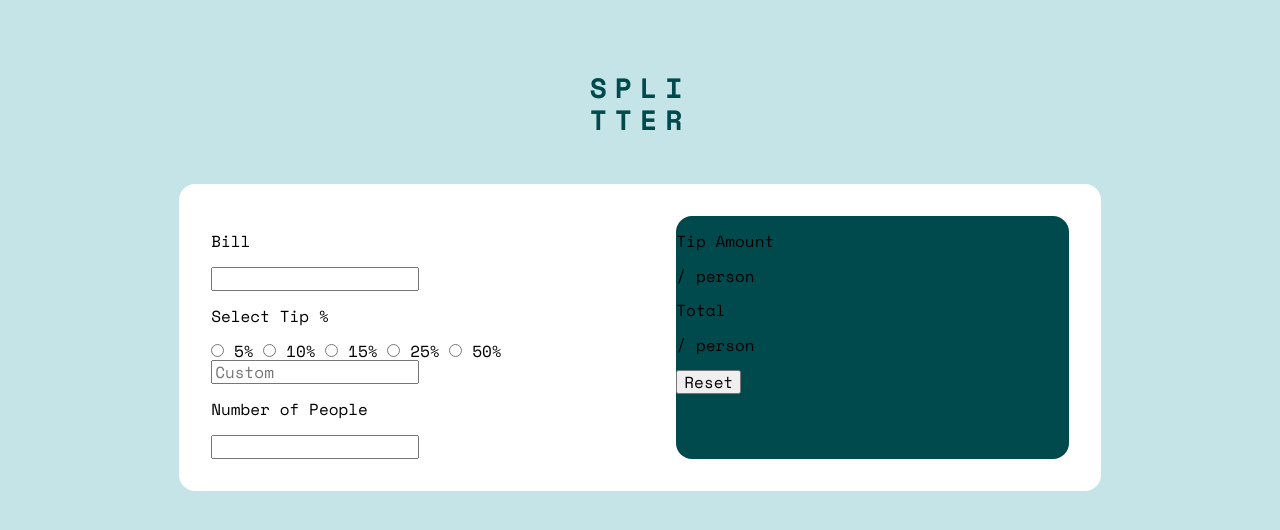
Repository: Jay-JYKim91/FM_tip-calculator
Page: index.html
An editor plug-in stored every save of this project. The page is shown before and after the next save, followed by the edit.
The browser window is 1280 px wide. The pictures show the whole page.

Above is the page before, as saved 2021-12-21 13:01:24.

After the next save:
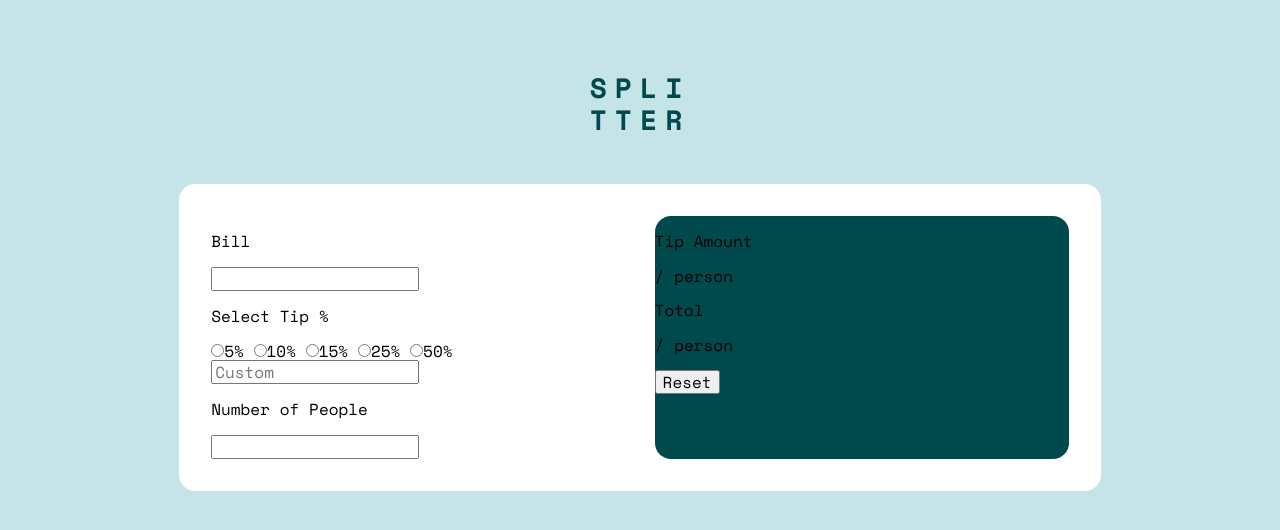
Saved 4 min 9 s later.
--- a/index.html
+++ b/index.html
@@ -26,17 +26,24 @@
         </div>
         <div>
           <p class="title">Select Tip %</p>
-          <input type="radio" id="5%" name="percentage">
-          <label for="5%">5%</label>
-          <input type="radio" id="10%" name="percentage">
-          <label for="10%">10%</label>
-          <input type="radio" id="15%" name="percentage">
-          <label for="15%">15%</label>
-          <input type="radio" id="25%" name="percentage">
-          <label for="25%">25%</label>
-          <input type="radio" id="50%" name="percentage">
-          <label for="50%">50%</label>
-          <input type="text" placeholder="Custom">
+          <label for="5%">
+            <input type="radio" id="5%" name="percentage">5%
+          </label>
+          <label for="10%">
+            <input type="radio" id="10%" name="percentage">10%
+          </label>
+          <label for="15%">
+            <input type="radio" id="15%" name="percentage">15%
+          </label>
+          <label for="25%">
+            <input type="radio" id="25%" name="percentage">25%
+          </label>
+          <label for="50%">
+            <input type="radio" id="50%" name="percentage">50%
+          </label>
+          <label for="custom">
+            <input type="text" id="custom" name="percentage" placeholder="Custom">
+          </label>
         </div>
         <div>
           <p class="title">Number of People</p>

After the 2 saves that followed:
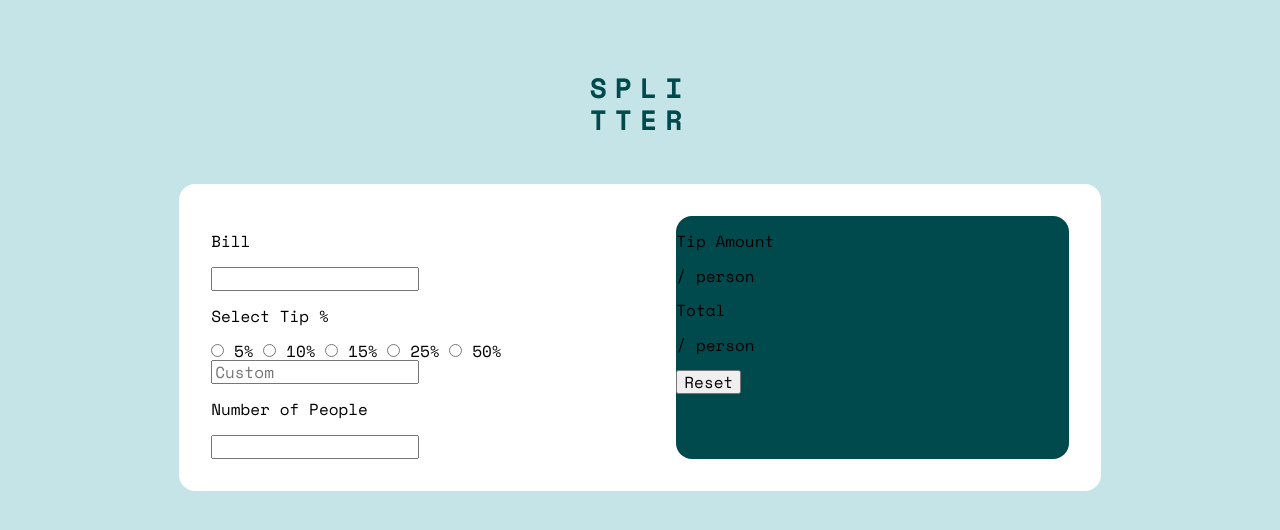
The 2 saves are shown as one change because 1 left the picture as it was.
The last was saved 50 s later.
--- a/index.html
+++ b/index.html
@@ -26,24 +26,17 @@
         </div>
         <div>
           <p class="title">Select Tip %</p>
-          <label for="5%">
-            <input type="radio" id="5%" name="percentage">5%
-          </label>
-          <label for="10%">
-            <input type="radio" id="10%" name="percentage">10%
-          </label>
-          <label for="15%">
-            <input type="radio" id="15%" name="percentage">15%
-          </label>
-          <label for="25%">
-            <input type="radio" id="25%" name="percentage">25%
-          </label>
-          <label for="50%">
-            <input type="radio" id="50%" name="percentage">50%
-          </label>
-          <label for="custom">
-            <input type="text" id="custom" name="percentage" placeholder="Custom">
-          </label>
+          <input type="radio" id="5%" name="percentage">
+          <label for="5%">5%</label>
+          <input type="radio" id="10%" name="percentage">
+          <label for="10%">10%</label>
+          <input type="radio" id="15%" name="percentage">
+          <label for="15%">15%</label>
+          <input type="radio" id="25%" name="percentage">
+          <label for="25%">25%</label>
+          <input type="radio" id="50%" name="percentage">
+          <label for="50%">50%</label>
+          <input type="text" placeholder="Custom">
         </div>
         <div>
           <p class="title">Number of People</p>
--- a/style.css
+++ b/style.css
@@ -46,3 +46,26 @@ body {
 /* Mobile size */
 @media (max-width: 767px) {
 }
+
+
+<div>
+          <p class="title">Select Tip %</p>
+          <label for="5%">
+            <input type="radio" id="5%" name="percentage">5%
+          </label>
+          <label for="10%">
+            <input type="radio" id="10%" name="percentage">10%
+          </label>
+          <label for="15%">
+            <input type="radio" id="15%" name="percentage">15%
+          </label>
+          <label for="25%">
+            <input type="radio" id="25%" name="percentage">25%
+          </label>
+          <label for="50%">
+            <input type="radio" id="50%" name="percentage">50%
+          </label>
+          <label for="custom">
+            <input type="text" id="custom" name="percentage" placeholder="Custom">
+          </label>
+        </div>
